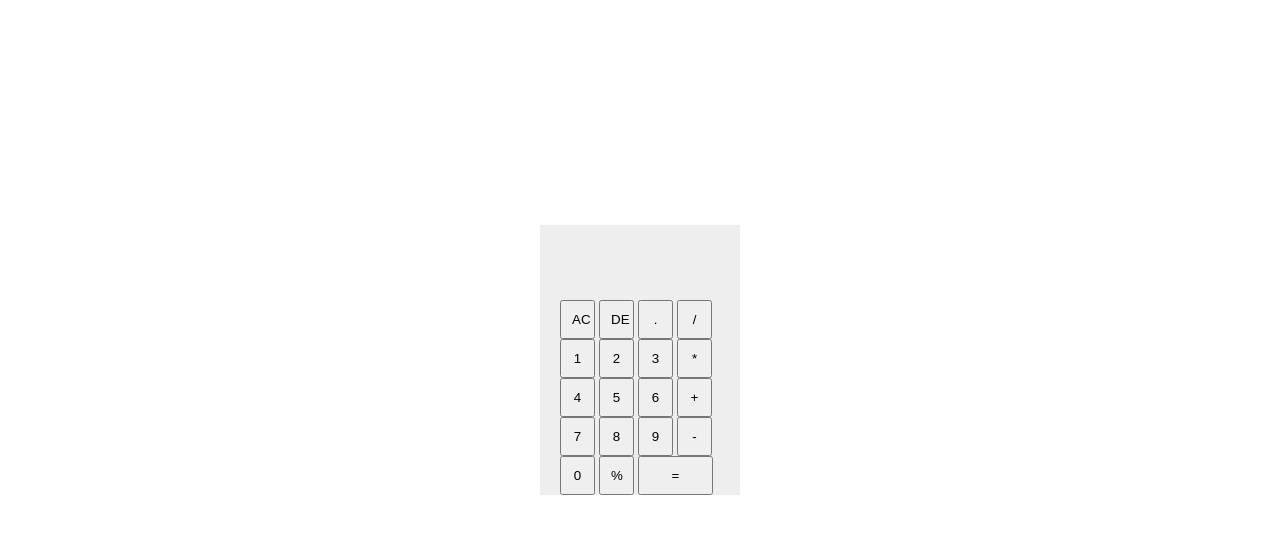
Repository: jerrys-arch/web-calculator
Page: index.html
These files come from the project's save history. The page is drawn as it stood at one moment and after the next save; the edit follows.
The browser window is 1280 px wide. The pictures show the whole page.

Above is the page before, as saved 2024-11-30 05:13:02.

After the next save:
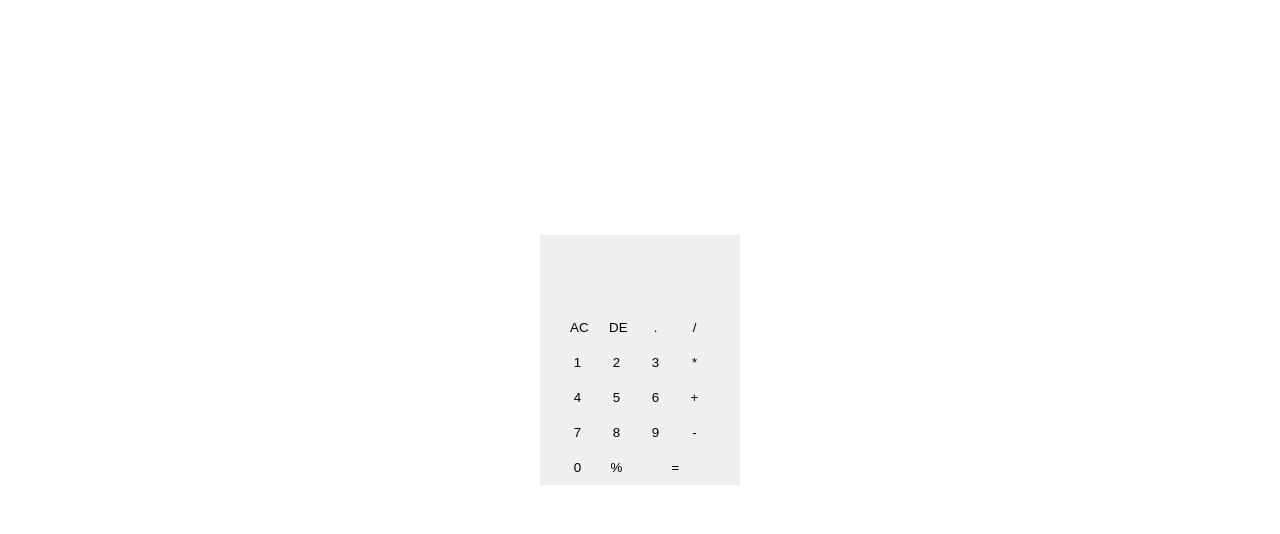
Saved 9 s later.
--- a/styles.css
+++ b/styles.css
@@ -19,7 +19,7 @@
 .calculator form input{
     width:35px;
     padding: 10px;
-    border:non;
+    border:none;
 }
 .calculator form .display{
    padding: 20px;
